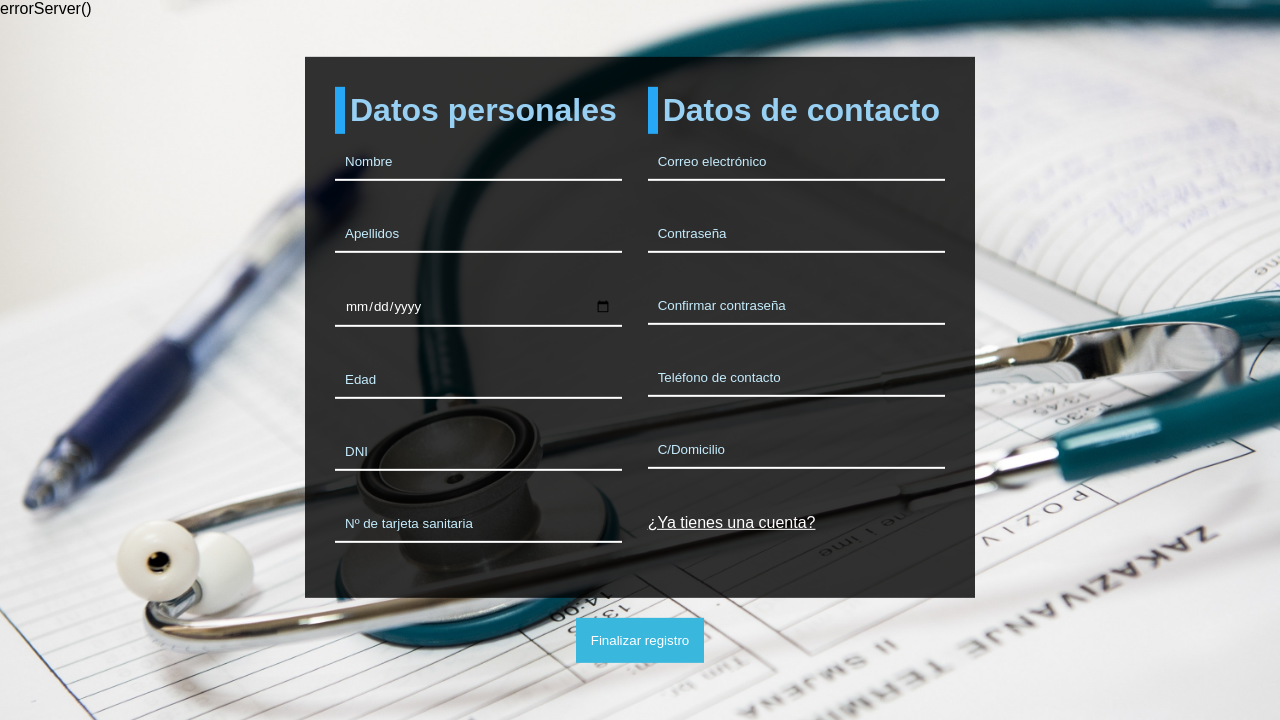
Repository: alejandropiuryp/clinica
Page: http://localhost/XE/registro_usuario.php
These files come from the project's save history. The page is drawn as it stood at one moment and after the next save; the edit follows.
The browser window is 1280 px wide. The pictures show the whole page.
Some web fonts or font styles are not loaded; a fallback is used. Some web libraries are served in a nearby version. The page is run by PHP 8.4 with error messages shown; the project is at /var/www/html/.

Above is the page before, as saved 2020-05-10 15:29:09.

### ClinicaReconocimiento/registro_usuario.php
<?php
	session_start();

	if(!isset($_SESSION["registro"])){
		$registro['nombre'] = "";
		$registro['apellidos'] = "";
		$registro['dni'] = "";
		$registro['edad'] = "";
		$registro['tarjeta_sanitaria'] = "";
		$registro['contrasena'] = "";
		$registro['fecha'] = "";
		$registro['email'] = "";
		$registro['telefono'] = "";
		$registro['domicilio'] = "";

		$_SESSION["registro"] = $registro;
	}else{
		$registro = $_SESSION["registro"];

		if(isset($_SESSION["errores"])){
			$errores = $_SESSION["errores"];
			unset($_SESSION["errores"]);
		}
	}
?>
<!DOCTYPE html>
<html lang="es">
	<head>
		<meta charset="utf-8">
		<title>Registrarse</title>
		<link href="css/registro_usuario.css" rel="stylesheet" type="text/css" media="all">
		<script src="js/registro_usuario.js" type="text/javascript"></script>
		<script src="https://code.jquery.com/jquery-3.1.1.min.js" type="text/javascript"></script>
	</head>

	<body>
		<script>
			$(document).ready(function(){
				$("#registroUsuario").on("submit",function(){
					return validateForm();
				});
			});
		</script>

		 	<?php
				if(isset($errores) && count($errores) > 0){
					echo "<div id=\"div_errores\" class=\"errorServer\">";
						 	echo "<h4> Errores en el registro: </h4>";
							foreach ($errores as $error) {
								echo $error;
							}
					echo "</div>";
				}

			?>

			errorServer()
			<!--Formulario-->
			<div class="contenedor">
				<div class="form">
					<form id="registroUsuario"  method="get" action="validacion_registro.php" onsubmit="return validateForm()" novalidate>
						<div class="columnas">
							<div class = "datos_personales">
								<h1>Datos personales</h1>
								<input type="text" id="nombre" name="nombre" class = "exito" value = "<?php echo $registro['nombre'];?>" maxlength= "20"; placeholder = "Nombre"/>
								<small id="smallNombre">Error message</small>
								<input type="text" id="apellidos" name="apellidos"  value = "<?php echo $registro['apellidos'];?>" placeholder= "Apellidos"  />
								<small id="smallApellidos">Error message</small>
								<input type="date" id="fecha" name="fecha" value = "<?php echo $registro['fecha'];?>" placeholder= "Fecha de nacimiento"  />
								<small id="smallFecha">Error message</small>
								<input type="number" id="edad" name="edad" value = "<?php echo $registro['edad'];?>" max="150" placeholder="Edad"  />
								<small id="smallEdad">Error message</small>
								<input type="text" id="dni" name="dni"  value = "<?php echo $registro['dni'];?>" placeholder="DNI"  />
								<small id="smallDni">Error message</small>
								<input type="number" id="tarjeta_sanitaria" name="tarjeta_sanitaria" value = "<?php echo $registro['tarjeta_sanitaria'];?>" placeholder= "Nº de tarjeta sanitaria"  />
								<small id="smallTarjeta">Error message</small>
							</div>
							<div class = "datos_contacto">
								<h1>Datos de contacto</h1>
								<input type="text" id="email" name="email"  value = "<?php echo $registro['email'];?>" placeholder="Correo electrónico"  />
								<small id="smallEmail">Error message</small>
								<input type="text" id="contrasena" name="contrasena"  placeholder="Contraseña" />
								<small id="smallContrasena">Error message</small>
								<input type="text" id="contrasena2" name="contrasena2"  placeholder="Confirmar contraseña" />
								<small id="smallContrasena2">Error message</small>
								<input type="number" id="telefono" name="telefono"  value = "<?php echo $registro['telefono'];?>" placeholder="Teléfono de contacto"  />
								<small id="smallTelefono">Error message</small>
								<input type="text" id="domicilio" name="domicilio"  value = "<?php echo $registro['domicilio'];?>" placeholder="C/Domicilio"  />
								<small id="smallDomicilio">Error message</small>
								<a href="registro_usuario.php">¿Ya tienes una cuenta?</a>
							</div>
						</div>
						<input id="enviar" type="submit"  value="Finalizar registro">
					</form>

				</div>
			</div>

			<footer>
				<p>

				</p>
			</footer>
	</body>
</html>

### ClinicaReconocimiento/css/registro_usuario.css
@import url('https://fonts.googleapis.com/css2?family=Jost:wght@100&family=Raleway&display=swap');

*{
	margin: 0;
	padding: 0;
	box-sizing: border-box;
	outline: none;
	font-family: 'Raleway', sans-serif;
}

body{
	background: url("../img/fondo-registro.jpg") no-repeat top center;
	background-size: cover;
	height: 100%;
}

h1{
	color:#97D0F3;
	border-left: 10px solid #27A8F7;
	padding: 5px;
}
.contenedor{
	position:absolute;
	top:50%;
	transform: translateY(-50%);
	width: 100%;
	padding: 0 20px;
}

#enviar{
	display: block;
	margin: 20px auto auto auto;
	border-bottom: 0px;
	background: #39b7dd;
	padding: 15px;
	cursor: pointer;

}
.columnas{
	max-width: 670px;
	margin: 0 auto;
	padding: 30px;
	background: rgba(0,0,0,0.8);
	display: flex;
	flex-wrap: nowrap;
	justify-content: space-between;
}

.columnas2{
	max-width: 300px;
	margin: 0 auto;
	padding: 30px;
	background: rgba(0,0,0,0.8);
	display: flex;
	flex-wrap: nowrap;
	justify-content: center;
}

.datos_personales{
	display: flex;
	flex-direction: column;
	margin-right: 4%;
}

.datos_contacto{
	display: flex;
	flex-direction: column;
}


input{
	margin: 10px 0;
	background: transparent;
	border: 0;
	border-bottom: 2px solid white;
	padding: 10px;
	color: white;

}

::-webkit-input-placeholder{
	color: #c5ecfd;
}

::-moz-input-placeholder{
	color: #c5ecfd;
}

::-ms-input-placeholder{
	color: #c5ecfd;
}

small{
	max-width:300px;
	visibility: hidden;
}

.error {
	border-top: 2px solid;
	border-left: 2px solid;
	border-right: 2px solid;
	border-color: #e74c3c;
}

.errorSmall {
	color: #e74c3c;
	visibility: visible;
}


@media screen and (max-width: 800px){
	.columnas{
		flex-direction: row;
	}
}
a{
	margin-top: 20px;
	color: white;
}

### ClinicaReconocimiento/js/registro_usuario.js

function validateForm(){
	var noValidation = document.getElementById("registroUsuario").noValidate;
	if(!noValidation){
		var error1 = checkNombre();
		var error2 = checkApellidos();
		var error3 = checkDNI();
		var error4 = checkEdad();
		var error5 = checkTarjeta();
		var error6 = checkEmail();
		var error7 = checkPass();
		var error8 = checkPass2();
		var error9 = checkTelefono();
		var error10 = checkDomicilio();
		var error11 = checkFecha();
		return (error1.length == 0) && (error2.length == 0) && (error3.length == 0) && (error4.length == 0) && (error5.length == 0) && (error6.length == 0) && (error7.length == 0) && (error8.length == 0)
		&& (error9.length == 0) && (error10.length == 0) && (error11.length == 0);
	}else{
		return true;
	}
}

function validateLog(){
	var error1 = checkEmail();
	var error2 = checkPassLog();
	return (error1.length == 0) && (error2.length == 0);
}

function checkPassLog(){
	const passValue = document.getElementById("contrasena").value.trim();
	if(passValue == ''){
		errorFor(document.getElementById("contrasena"), document.getElementById("smallContrasena"), 'La contraseña no puede estar vacía');
		var error = "La contraseña no puede estar vacía";
	}else{
		exitoFor(document.getElementById("contrasena"),document.getElementById("smallContrasena"));
		var error = "";
	}
	return error;
}

function checkNombre(){
	var expresion_regular_nombre= /^[a-zA-Z ']*$/;
	const nombreValue = document.getElementById("nombre").value.trim();
	if(nombreValue == ''){
		errorFor(document.getElementById("nombre"), document.getElementById("smallNombre"), 'El nombre no puede estar vacío');
		var error = "El nombre no puede estar vacío";
	}else if(expresion_regular_nombre.test(nombreValue) == false){
		errorFor(document.getElementById("nombre"), document.getElementById("smallNombre"), 'El nombre no es correcto');
		var error = "El nombre no es correcto";
	}else{
		exitoFor(document.getElementById("nombre"),document.getElementById("smallNombre"));
		var error = "";
	}
	return error;
}

function checkApellidos(){
	var expresion_regular_apellidos= /^[a-zA-Z ']*$/;
	const apellidosValue = document.getElementById("apellidos").value.trim();
	if(apellidosValue == ''){
		errorFor(document.getElementById("apellidos"), document.getElementById("smallApellidos"), 'El apellido no puede estar vacío');
		var error = "El apellido no puede estar vacío";
	}else if(expresion_regular_apellidos.test(apellidosValue) == false){
		errorFor(document.getElementById("apellidos"), document.getElementById("smallApellidos"), 'El apellido no es correcto');
		var error = "El apellido no es correcto";
	}
	else{
		exitoFor(document.getElementById("apellidos"),document.getElementById("smallApellidos"));
		var error = "";
	}
	return error;
}

function checkDNI(){
	const DNIvalue = document.getElementById("dni").value.trim();
	var expresion_regular_dni = /^\d{8}[a-zA-Z]$/;
	if(DNIvalue == ''){
		errorFor(document.getElementById("dni"), document.getElementById("smallDni"), 'El DNI no puede estar vacío');
		var error = "El DNI no puede estar vacío";
	}else if(expresion_regular_dni.test(DNIvalue) == false){
		errorFor(document.getElementById("dni"), document.getElementById("smallDni"), 'Introduce un DNI correcto');
		var error = "DNI no correcto";
	}else{
		exitoFor(document.getElementById("dni"),document.getElementById("smallDni"));
		var error = "";
	}
	return error;
}

function checkEdad(){
	const edadValue = document.getElementById("edad").value.trim();
	if(edadValue == ''){
		errorFor(document.getElementById("edad"), document.getElementById("smallEdad"), 'La edad no puede estar vacía');
		var error = "La edad no puede estar vacía";
	}else if(edadValue < 0){
		errorFor(document.getElementById("edad"), document.getElementById("smallEdad"), 'La edad no puede ser negativa');
		var error = "La edad no puede ser negativa";
	}else{
		exitoFor(document.getElementById("edad"),document.getElementById("smallEdad"));
		var error = "";
	}
	return error;
}

function checkTarjeta(){
	const tarjetaValue = document.getElementById("tarjeta_sanitaria").value.trim();
	var expresion_regular_tarjeta = /^\d{9}$/;
	if(tarjetaValue == ''){
		errorFor(document.getElementById("tarjeta_sanitaria"), document.getElementById("smallTarjeta"), 'La tarjeta sanitaria no puede estar vacía');
		var error = "La tarjeta sanitaria no puede estar vacía";
	}else if(expresion_regular_tarjeta.test(tarjetaValue) == false){
		errorFor(document.getElementById("tarjeta_sanitaria"), document.getElementById("smallTarjeta"), 'Tarjeta sanitaria no válida');
		var error = "Tarjeta sanitaria no válida";
	}else{
		exitoFor(document.getElementById("tarjeta_sanitaria"),document.getElementById("smallTarjeta"));
		var error = "";
	}
	return error;
}

function checkEmail(){
	const emailValue = document.getElementById("email").value.trim();
	var expresion_regular_email = /^\w+([\.-]?\w+)*@\w+([\.-]?\w+)*(\.\w{2,3})+$/;
	if(emailValue == ''){
		errorFor(document.getElementById("email"), document.getElementById("smallEmail"), 'El correo no puede estar vacío');
		var error = "El correo no puede estar vacío";
	}else if(expresion_regular_email.test(emailValue) == false){
		errorFor(document.getElementById("email"), document.getElementById("smallEmail"), 'Introduce un correo válido');
		var error = "Introduce un correo válido";
	}else{
		exitoFor(document.getElementById("email"),document.getElementById("smallEmail"));
		var error = "";
	}
	return error;
}

function checkPass(){
	const passValue = document.getElementById("contrasena").value.trim();
	var expresion_regular_pass = /(?=.*\d)(?=.*[a-z])(?=.*[A-Z]).{8,}/;
	if(passValue == ''){
		errorFor(document.getElementById("contrasena"), document.getElementById("smallContrasena"), 'La contraseña no puede estar vacía');
		var error = "La contraseña no puede estar vacía";
	}else if(expresion_regular_pass.test(passValue) == false){
		errorFor(document.getElementById("contrasena"), document.getElementById("smallContrasena"), 'Debe contener al menos 8 caracteres, una letra mayuscula, una letra minúscula y al menos un dígito');
		var error = "Introduce una contraseña válida";
	}else{
		exitoFor(document.getElementById("contrasena"),document.getElementById("smallContrasena"));
		var error = "";
	}
	return error;
}

function checkPass2(){
	const passValue = document.getElementById("contrasena").value.trim();
	const pass2Value = document.getElementById("contrasena2").value.trim();
	if(pass2Value == ''){
		errorFor(document.getElementById("contrasena2"), document.getElementById("smallContrasena2"), 'La confirmación de contraseña no puede estar vacía');
		var error = "La confirmación de contraseña no puede estar vacía";
	}else if(passValue != pass2Value){
		errorFor(document.getElementById("contrasena2"), document.getElementById("smallContrasena2"), 'Las contraseñas no coinciden');
		var error = "Contraseñas no coinciden";
	}else{
		exitoFor(document.getElementById("contrasena2"),document.getElementById("smallContrasena2"));
		var error = "";
	}
	return error;
}

function checkTelefono(){
	const telefonoValue = document.getElementById("telefono").value.trim();
	var expresion_regular_telefono = /^[0-9]{9}$/;
	if(telefonoValue == ''){
		errorFor(document.getElementById("telefono"), document.getElementById("smallTelefono"), 'El teléfono no puede estar vacío');
		var error = "El teléfono no puede estar vacío";
	}else if(expresion_regular_telefono.test(telefonoValue) == false){
		errorFor(document.getElementById("telefono"), document.getElementById("smallTelefono"), 'Número de teléfono incorrecto');
		var error = "Teléfono incorrecto";
	}else{
		exitoFor(document.getElementById("telefono"),document.getElementById("smallTelefono"));
		var error = "";
	}
	return error;
}

function checkDomicilio(){
	const domicilioValue = document.getElementById("domicilio").value.trim();
	var expresion_regular_domicilio= /^[a-zA-Z ']*$/;
	if(domicilioValue == ''){
		errorFor(document.getElementById("domicilio"), document.getElementById("smallDomicilio"), 'El domicilio no puede estar vacío');
		var error = "El domicilio no puede estar vacío";
	}else if(expresion_regular_domicilio.test(domicilioValue) == false){
		errorFor(document.getElementById("domicilio"), document.getElementById("smallDomicilio"), 'El domicilio no es correcto');
		var error = "El domicilio no es correcto";
	}else{
		exitoFor(document.getElementById("domicilio"),document.getElementById("smallDomicilio"));
		var error = "";
	}
	return error;
}

function checkFecha(){
	const fechaValue = document.getElementById("fecha").value.trim();
	var date = new Date(fechaValue);
	var now = new Date();
	if(fechaValue == ''){
		errorFor(document.getElementById("fecha"), document.getElementById("smallFecha"), 'La fecha de nacimiento no puede estar vacía');
		var error = "La fecha de nacimiento no puede estar vacía";
	}else if(now.getFullYear() - date.getFullYear() < 18){
		errorFor(document.getElementById("fecha"), document.getElementById("smallFecha"), 'Fecha incorrecta');
		var error = "La fecha es incorrecta";
	}else{
		exitoFor(document.getElementById("fecha"),document.getElementById("smallFecha"));
		var error = "";
	}
	return error;
}
function errorFor(input, small, mensaje){
	input.className = "error";
	small.className = "errorSmall";
	small.innerText = mensaje;
}

function exitoFor(input, small){
	input.className = "";
	small.className = "";
}

function errorServer(){
	alert("gola");
}

After the next save:
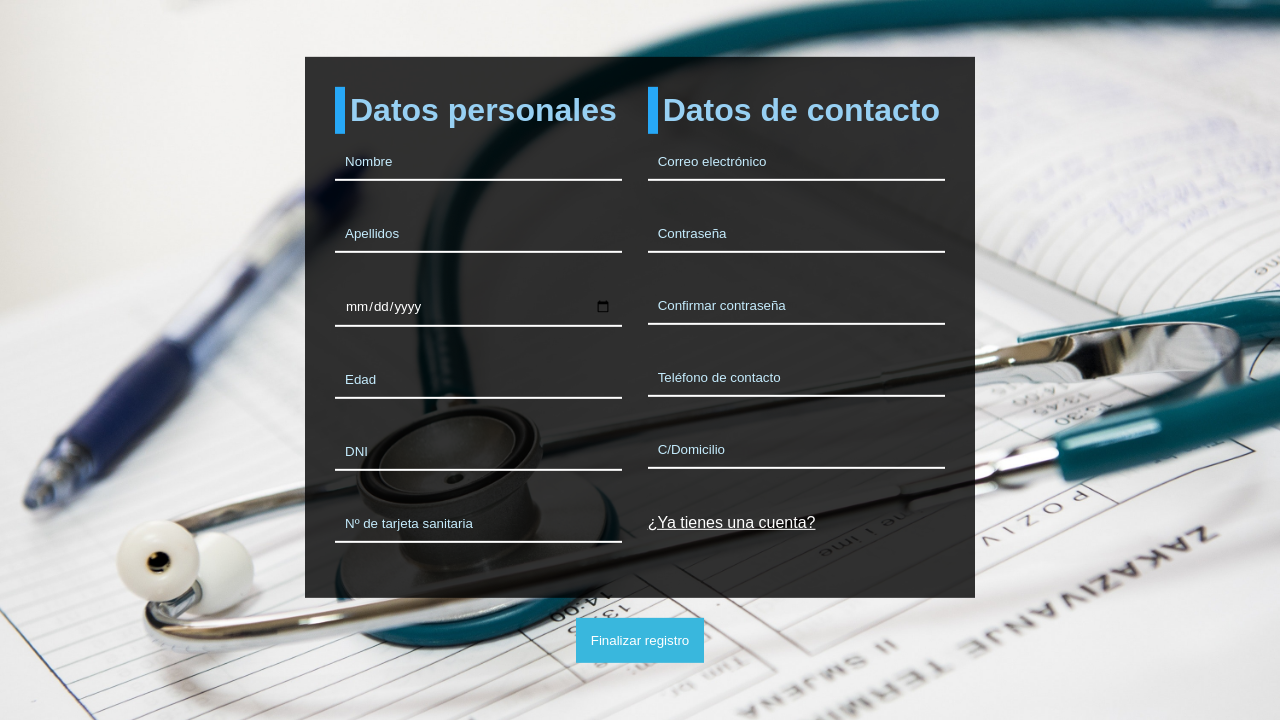
Saved 78 s later.
--- a/ClinicaReconocimiento/registro_usuario.php
+++ b/ClinicaReconocimiento/registro_usuario.php
@@ -45,6 +45,7 @@
 		 	<?php
 				if(isset($errores) && count($errores) > 0){
 					echo "<div id=\"div_errores\" class=\"errorServer\">";
+							echo "errorServer()";
 						 	echo "<h4> Errores en el registro: </h4>";
 							foreach ($errores as $error) {
 								echo $error;
@@ -54,7 +55,7 @@
 
 			?>
 
-			errorServer()
+
 			<!--Formulario-->
 			<div class="contenedor">
 				<div class="form">
